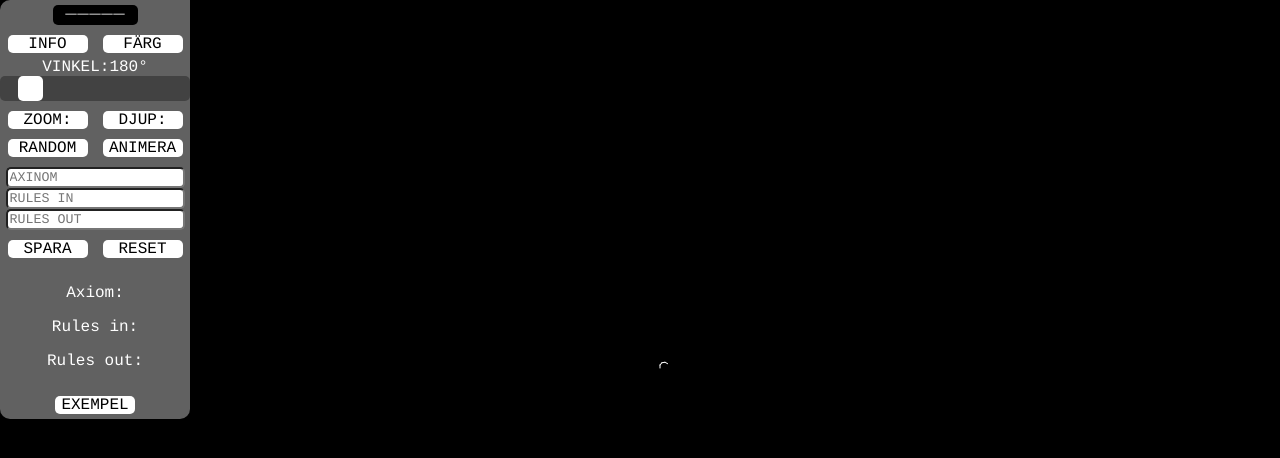
Repository: Gabrielw123/Fraktalgenerator
Page: fraktaler/test/index.html
The author's editor kept a copy of each file at every save. The page is drawn from the files as they stood at one save, then again after the next save.
The browser window is 1280 px wide. The pictures show the whole page.
Some web libraries are served in a nearby version.

Above is the page before, as saved 2022-01-13 13:10:11.

After the next save:
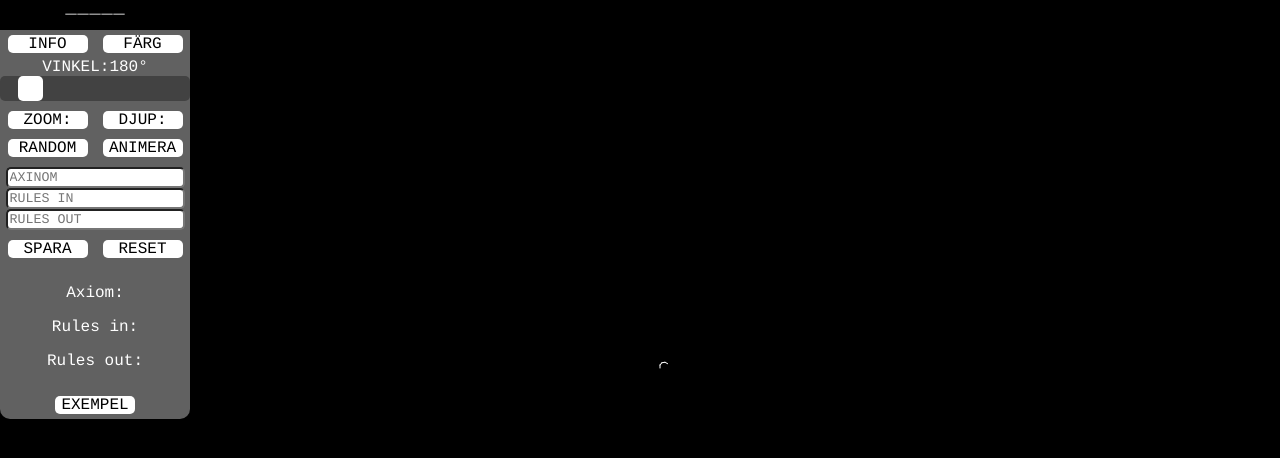
Saved 7 s later.
--- a/fraktaler/test/index.html
+++ b/fraktaler/test/index.html
@@ -19,7 +19,11 @@
 
     <div class="kontroller">
       <div
-        style="border-top-left-radius: 10px; border-top-right-radius: 10px background:black;"
+        style="
+          border-top-left-radius: 10px;
+          border-top-right-radius: 10px;
+          background: black;
+        "
         onmousedown="return false"
         onselectstart="return false"
         class="grid-container1"
